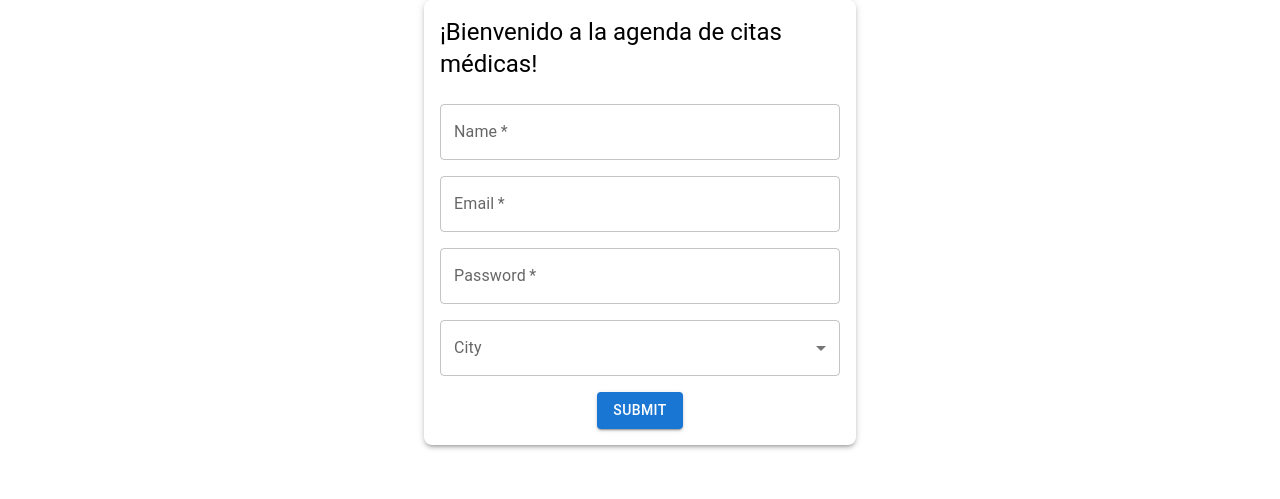
Repository: nicoleabaddd/FormReactJs
Page: /
These files come from the project's save history. The page is drawn as it stood at one moment and after the next save; the edit follows.
The browser window is 1280 px wide. The pictures show the whole page.
The project was rebuilt for these pictures with package versions that can differ from the ones it lists, and the page was loaded fresh each time. Also part of the build but not shown: src/App.css.

Above is the page before, as saved 2024-07-15 00:53:31.

### src/App.js
import './App.css';
import { Box } from '@mui/material';
import FormPages from "./pages/formPages";

const App = () => {
  return (
    <div>
      <FormPages />
    </div>
  );
};

export default App;

### src/pages/formPages.jsx
import { Box } from "@mui/material";
import React from "react";
import Forms from "../components/formulario";

const FormPages=()=> {
    return (
        <Box sx={{}}> <Forms/></Box>
    )
};

export default FormPages;

### src/components/formulario.jsx
import React, { useState } from "react";
import {
    TextField,
    Button,
    Box,
    Typography,
    Dialog,
    DialogActions,
    DialogContent,
    DialogContentText,
    DialogTitle,
    MenuItem,
    Select,
    InputLabel,
    FormControl
  } from "@mui/material";

  const cities = [
    { name: "Quito", value: "Quito" },
    { name: "Guayaquil", value: "Guayaquil" },
    { name: "Cuenca", value: "Cuenca" },
    { name: "Santo Domingo", value: "Santo Domingo" },
    { name: "Machala", value: "Machala" },
    { name: "Durán", value: "Durán" },
    { name: "Manta", value: "Manta" },
    { name: "Portoviejo", value: "Portoviejo" },
    { name: "Ambato", value: "Ambato" },
    { name: "Riobamba", value: "Riobamba" }
  ];

  const Forms = () => {
    const [formData, setFormData] = useState({
      name: "",
      email: "",
      password: "",
      city: ""
    });
    const [open, setOpen] = useState(false);

    const handleChange = (e) => {
      const { name, value } = e.target;
      setFormData((prevData) => ({
        ...prevData,
        [name]: value
      }));
    };

    const handleSubmit = (e) => {
      e.preventDefault();
      console.log(formData);
      setOpen(true);  // Abre el diálogo cuando el formulario se envía
    };

    const handleClose = () => {
      setOpen(false);  // Cierra el diálogo
    };

    return (
      <Box
        component="form"
        onSubmit={handleSubmit}
        sx={{
          display: "flex",
          flexDirection: "column",
          alignItems: "center",
          gap: 2,
          maxWidth: 400,
          margin: "auto",
          padding: 2,
          boxShadow: 3,
          borderRadius: 2
        }}
      >
        <Typography variant="h5" component="h1" gutterBottom>
          ¡Bienvenido a la agenda de citas médicas!
        </Typography>
        <TextField
          label="Name"
          name="name"
          value={formData.name}
          onChange={handleChange}
          fullWidth
          required
        />
        <TextField
          label="Email"
          name="email"
          value={formData.email}
          onChange={handleChange}
          fullWidth
          required
          type="email"
        />
        <TextField
          label="Password"
          name="password"
          value={formData.password}
          onChange={handleChange}
          fullWidth
          required
          type="password"
        />
        <FormControl fullWidth>
          <InputLabel id="city-label">City</InputLabel>
          <Select
            labelId="city-label"
            name="city"
            value={formData.city}
            onChange={handleChange}
            label="City"
            fullWidth
            required
          >
            {cities.map((city, index) => (
              <MenuItem key={index} value={city.value}>
                {city.name}
              </MenuItem>
            ))}
          </Select>
        </FormControl>
        <Button variant="contained" color="primary" type="submit">
          Submit
        </Button>

        <Dialog open={open} onClose={handleClose}>
          <DialogTitle>{"Cita agendada"}</DialogTitle>
          <DialogContent>
            <DialogContentText>
              ¡Tu cita ha sido agendada exitosamente!
            </DialogContentText>
          </DialogContent>
          <DialogActions>
            <Button onClick={handleClose} color="primary" autoFocus>
              Close
            </Button>
          </DialogActions>
        </Dialog>
      </Box>
    );
  };

export default Forms;

Loaded but not shown: public/index.html (common file); src/index.js (common file); src/index.css (common file); src/reportWebVitals.js (common file)

After the next save:
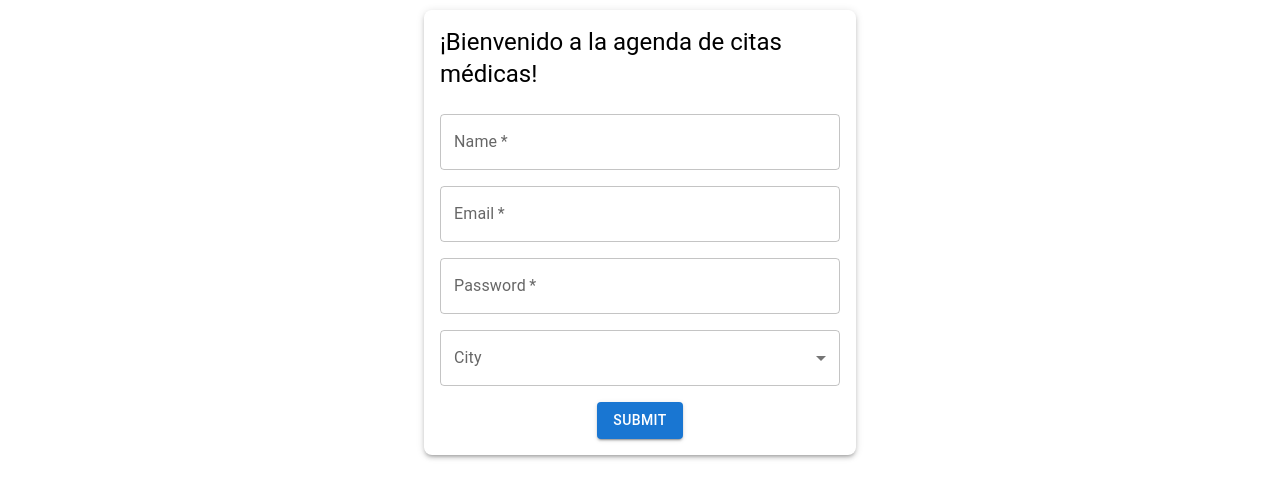
Saved 107 s later.
--- a/src/pages/formPages.jsx
+++ b/src/pages/formPages.jsx
@@ -4,7 +4,7 @@ import Forms from "../components/formulario";
 
 const FormPages=()=> {
     return (
-        <Box sx={{}}> <Forms/></Box>
+        <Box sx={{marginTop: "10px"}}> <Forms/></Box>
     )
 };
 
